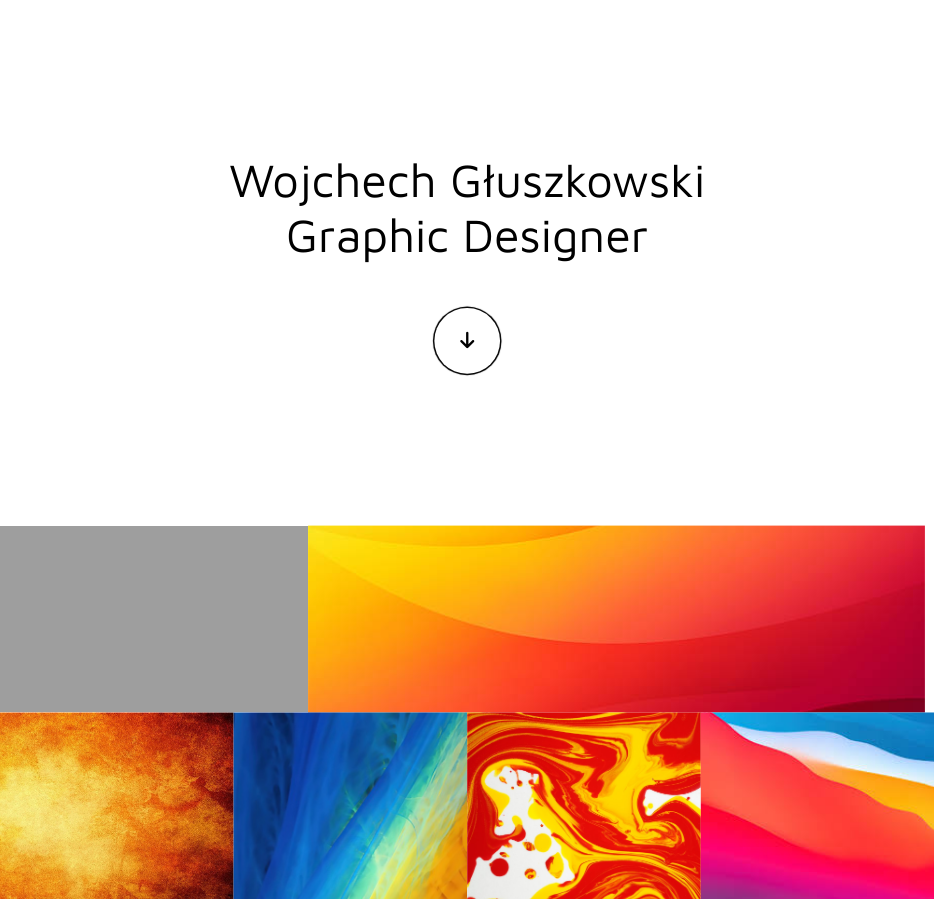
Repository: maciekto/WojciechGluszkowski-Porfolio
Page: /
These files come from the project's save history. The page is drawn as it stood at one moment and after the next save; the edit follows.
The browser window is 1280 px wide. The pictures show the whole page, at 73% of full size.
Pictures or frames that could not be fetched are drawn as grey boxes. Some web libraries are served in a nearby version. The project was rebuilt for these pictures with package versions that can differ from the ones it lists, and the page was loaded fresh each time.

Above is the page before, as saved 2022-06-07 14:47:32.

### public/index.html
<!DOCTYPE html>
<html lang="en">
  <head>
    <meta charset="utf-8" />
    <link rel="icon" href="%PUBLIC_URL%/favicon.ico" />
    <meta name="viewport" content="width=device-width, initial-scale=1" />
    <meta name="theme-color" content="#000000" />
    <meta name="description" content="Web site created using create-react-app" />
    <link rel="apple-touch-icon" href="%PUBLIC_URL%/logo192.png" />
    <!--
      manifest.json provides metadata used when your web app is installed on a
      user's mobile device or desktop. See https://developers.google.com/web/fundamentals/web-app-manifest/
    -->
    <link rel="manifest" href="%PUBLIC_URL%/manifest.json" />
    <!--
      Notice the use of %PUBLIC_URL% in the tags above.
      It will be replaced with the URL of the `public` folder during the build.
      Only files inside the `public` folder can be referenced from the HTML.

      Unlike "/favicon.ico" or "favicon.ico", "%PUBLIC_URL%/favicon.ico" will
      work correctly both with client-side routing and a non-root public URL.
      Learn how to configure a non-root public URL by running `npm run build`.
    -->
    <title>React App</title>
    <script src="https://kit.fontawesome.com/47a55d3c51.js" crossorigin="anonymous"></script>
  </head>
  <body>
    <noscript>You need to enable JavaScript to run this app.</noscript>
    <div id="root"></div>
    <!--
      This HTML file is a template.
      If you open it directly in the browser, you will see an empty page.

      You can add webfonts, meta tags, or analytics to this file.
      The build step will place the bundled scripts into the <body> tag.

      To begin the development, run `npm start` or `yarn start`.
      To create a production bundle, use `npm run build` or `yarn build`.
    -->
  </body>
</html>

### src/App.js
import React from 'react';
import logo from './logo.svg';
import './App.scss';

function App() {
  return (
    <div className="App">
      <header className="App-Header">
        Wojchech Głuszkowski<br />
        Graphic Designer
        <div className="App-Button">
          <i className="fa-solid fa-arrow-down App-Button-Arrow"></i>
        </div>

      </header>
      <main className='App-Main'>
        <div className='App-Main-Item App-Main-Item1'>

        </div>
        <div className='App-Main-Item App-Main-Item2'>

        </div>
        <div className='App-Main-Item App-Main-Item3'>

        </div>
        <div className='App-Main-Item App-Main-Item4'>

        </div>
        <div className='App-Main-Item App-Main-Item5'>

        </div>
        <div className='App-Main-Item App-Main-Item6'>

        </div>
      </main>
    </div>
  );
}

export default App;

### src/serviceWorkerRegistration.js
// This optional code is used to register a service worker.
// register() is not called by default.

// This lets the app load faster on subsequent visits in production, and gives
// it offline capabilities. However, it also means that developers (and users)
// will only see deployed updates on subsequent visits to a page, after all the
// existing tabs open on the page have been closed, since previously cached
// resources are updated in the background.

// To learn more about the benefits of this model and instructions on how to
// opt-in, read https://cra.link/PWA

const isLocalhost = Boolean(
  window.location.hostname === 'localhost' ||
    // [::1] is the IPv6 localhost address.
    window.location.hostname === '[::1]' ||
    // 127.0.0.0/8 are considered localhost for IPv4.
    window.location.hostname.match(/^127(?:\.(?:25[0-5]|2[0-4][0-9]|[01]?[0-9][0-9]?)){3}$/)
);

export function register(config) {
  if (process.env.NODE_ENV === 'production' && 'serviceWorker' in navigator) {
    // The URL constructor is available in all browsers that support SW.
    const publicUrl = new URL(process.env.PUBLIC_URL, window.location.href);
    if (publicUrl.origin !== window.location.origin) {
      // Our service worker won't work if PUBLIC_URL is on a different origin
      // from what our page is served on. This might happen if a CDN is used to
      // serve assets; see https://github.com/facebook/create-react-app/issues/2374
      return;
    }

    window.addEventListener('load', () => {
      const swUrl = `${process.env.PUBLIC_URL}/service-worker.js`;

      if (isLocalhost) {
        // This is running on localhost. Let's check if a service worker still exists or not.
        checkValidServiceWorker(swUrl, config);

        // Add some additional logging to localhost, pointing developers to the
        // service worker/PWA documentation.
        navigator.serviceWorker.ready.then(() => {
          console.log(
            'This web app is being served cache-first by a service ' +
              'worker. To learn more, visit https://cra.link/PWA'
          );
        });
      } else {
        // Is not localhost. Just register service worker
        registerValidSW(swUrl, config);
      }
    });
  }
}

function registerValidSW(swUrl, config) {
  navigator.serviceWorker
    .register(swUrl)
    .then((registration) => {
      registration.onupdatefound = () => {
        const installingWorker = registration.installing;
        if (installingWorker == null) {
          return;
        }
        installingWorker.onstatechange = () => {
          if (installingWorker.state === 'installed') {
            if (navigator.serviceWorker.controller) {
              // At this point, the updated precached content has been fetched,
              // but the previous service worker will still serve the older
              // content until all client tabs are closed.
              console.log(
                'New content is available and will be used when all ' +
                  'tabs for this page are closed. See https://cra.link/PWA.'
              );

              // Execute callback
              if (config && config.onUpdate) {
                config.onUpdate(registration);
              }
            } else {
              // At this point, everything has been precached.
              // It's the perfect time to display a
              // "Content is cached for offline use." message.
              console.log('Content is cached for offline use.');

              // Execute callback
              if (config && config.onSuccess) {
                config.onSuccess(registration);
              }
            }
          }
        };
      };
    })
    .catch((error) => {
      console.error('Error during service worker registration:', error);
    });
}

function checkValidServiceWorker(swUrl, config) {
  // Check if the service worker can be found. If it can't reload the page.
  fetch(swUrl, {
    headers: { 'Service-Worker': 'script' },
  })
    .then((response) => {
      // Ensure service worker exists, and that we really are getting a JS file.
      const contentType = response.headers.get('content-type');
      if (
        response.status === 404 ||
        (contentType != null && contentType.indexOf('javascript') === -1)
      ) {
        // No service worker found. Probably a different app. Reload the page.
        navigator.serviceWorker.ready.then((registration) => {
          registration.unregister().then(() => {
            window.location.reload();
          });
        });
      } else {
        // Service worker found. Proceed as normal.
        registerValidSW(swUrl, config);
      }
    })
    .catch(() => {
      console.log('No internet connection found. App is running in offline mode.');
    });
}

export function unregister() {
  if ('serviceWorker' in navigator) {
    navigator.serviceWorker.ready
      .then((registration) => {
        registration.unregister();
      })
      .catch((error) => {
        console.error(error.message);
      });
  }
}

### src/App.scss
@import url('https://fonts.googleapis.com/css2?family=Kumbh+Sans&family=Maven+Pro:wght@400;500;600;700&family=Plus+Jakarta+Sans:wght@300;400;500;600;700;800&display=swap');

.App {
    width: 100vw;
    height: auto;
    font-family: 'Maven Pro', sans-serif;
    &-Header {
        width: 100%;
        height: 100vh;
        display: flex;
        align-items: center;
        justify-content: center;
        text-align: center;
        flex-direction: column;
        font-size: 5vw;
    }
    &-Button {
        transition: box-shadow 0.4s;
        margin-top: 5vw;
        width: 7vw;
        height: 7vw;
        box-shadow: 0px 0px 1px 2px black;
        display: grid;
        place-items: center;
        border-radius: 50%;
        cursor: pointer;
        &-Arrow {
            transition: 0.4s;
            font-size: 2vw;
            // animation: alarm 1s alternate infinite;
            &:hover {
                transition: 0.4s;
                font-size: 5vw;
            }
        }
        &:hover {
            transition: box-shadow 0.4s;
            border: 0px solid black;
            box-shadow: 0px 0px 0px 0px black;
        }
    }
    &-Main {
        width: 100vw;
        height: auto;
        display: flex;
        flex-wrap: wrap;
        &-Item {
            min-width: 25%;
            min-height: 20vw;
        }
        &-Item1 {
            width: 33vw;
            background: url('assets/1.jpeg') center center no-repeat;
            background-size: cover;
        }
        &-Item2 {
            width: 66vw;
            background: url('assets/2.jpeg') center center no-repeat;
            background-size: cover;
        }
        &-Item3 {
            background: url('assets/3.jpeg') center center no-repeat;
            background-size: cover;
        }
        &-Item4 {
            background: url('assets/4.jpeg') center center no-repeat;
            background-size: cover;
        }
        &-Item5 {
            background: url('assets/5.jpeg') center center no-repeat;
            background-size: cover;
        }
        &-Item6 {
            background: url('assets/6.jpeg') center center no-repeat;
            background-size: cover;
        }
    }
}



@keyframes alarm {
    from {
        opacity: 0.2;
    } to {
        opacity: 1;
    }
}

Loaded but not shown: src/index.js (common file); src/index.css (common file); src/reportWebVitals.js (common file)

After the next save:
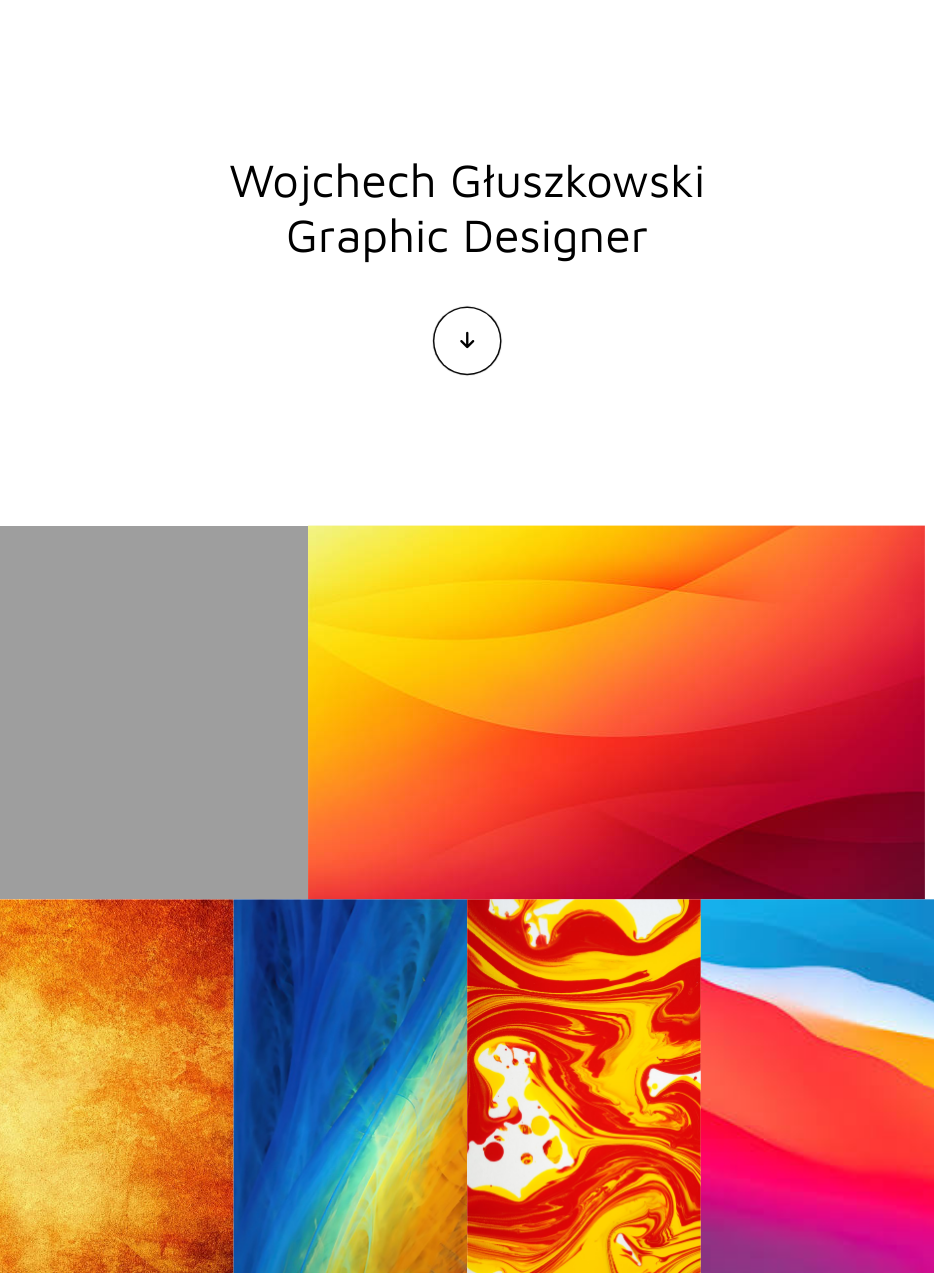
Saved 12 s later.
--- a/src/App.scss
+++ b/src/App.scss
@@ -46,7 +46,7 @@
         flex-wrap: wrap;
         &-Item {
             min-width: 25%;
-            min-height: 20vw;
+            min-height: 40vw;
         }
         &-Item1 {
             width: 33vw;
